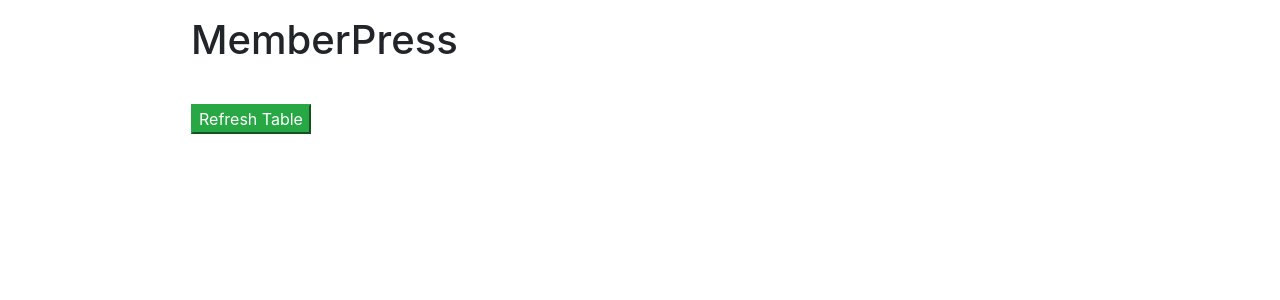
Repository: joeldelatte/JoelDelattemMemberPressChallenge
Page: public/index.html
The author's editor kept a copy of each file at every save. The page is drawn from the files as they stood at one save, then again after the next save.
The browser window is 1280 px wide. The pictures show the whole page.
The page's requests for data from a server got no answer. Some web libraries are served in a nearby version.

Above is the page before, as saved 2020-06-21 22:26:59.

### public/index.html
<!doctype html>
<html lang="en">
  <head>
    <title>MemberPress API</title>
    <meta charset="utf-8">
    <meta name="viewport" content="width=device-width, initial-scale=1, shrink-to-fit=no">

    <link rel="stylesheet" href="https://cdnjs.cloudflare.com/ajax/libs/twitter-bootstrap/4.0.0/css/bootstrap.min.css" />

    <link rel="stylesheet" href="https://maxcdn.bootstrapcdn.com/font-awesome/4.5.0/css/font-awesome.min.css" />
    <link rel="stylesheet" href="style.css"/>
  </head>
  <body>
    <div class="container">
      <h1>MemberPress</h1>
      <button class="btn-success" id="data-refresh" type="button">Refresh Table</button>
      <table class="table" style="width: 50%">

      </table>
    </div>

    <script src="https://code.jquery.com/jquery.js"></script>
    <script src="https://cdnjs.cloudflare.com/ajax/libs/twitter-bootstrap/4.0.0/js/bootstrap.bundle.min.js"></script>
    <script src="./js/index.js"></script>
  </body>
</html>

### public/style.css
.container {
    width: 75%
}

button {
    margin: 1rem;
}

h1 {
    padding: 1rem;
}

table {
    margin: 1rem;
}

### public/js/index.js
$(document).ready(function () {

  var $table = $(".table");

  function getPersonData() {
    $.ajax({
      datatype: "json",
      url:
        "https://cors-anywhere.herokuapp.com/https://cspf-dev-challenge.herokuapp.com/",
      type: "GET",
    }).then(function (response) {
      var headers = response.data.headers;
      var persons = response.data.rows;
      var person_data = "";

      $.each(persons, function (index, value) {

        person_data += `
          <tr>
            <td>${value.id}</td>
            <td>${value.fname}</td>
            <td>${value.lname}</td>
            <td>${value.email}</td>
            <td>${value.date}</td>
          </tr>
        `;
      });

      $table.html(`
          <tr>
            <th>${headers[1]}</th>
            <th>${headers[2]}</th>
            <th>${headers[3]}</th>
            <th>${headers[4]}</th>
            <th>${headers[5]}</th>
          </tr>` +
          person_data);
    });
  }

  getPersonData();

  $('#data-refresh').on('click', function(event) {

    event.preventDefault()

    getPersonData();

    console.log("I refreshed the data with the")
  });



});

After the next save:
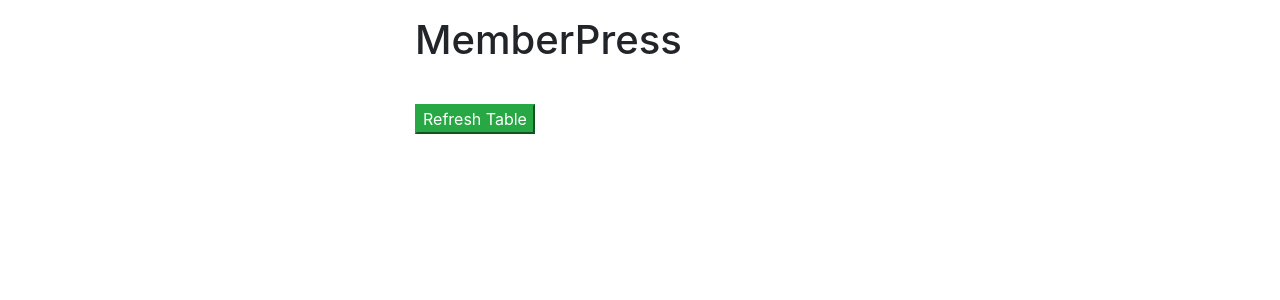
Saved 9 s later.
--- a/public/style.css
+++ b/public/style.css
@@ -1,5 +1,5 @@
 .container {
-    width: 75%
+    width: 40%
 }
 
 button {
